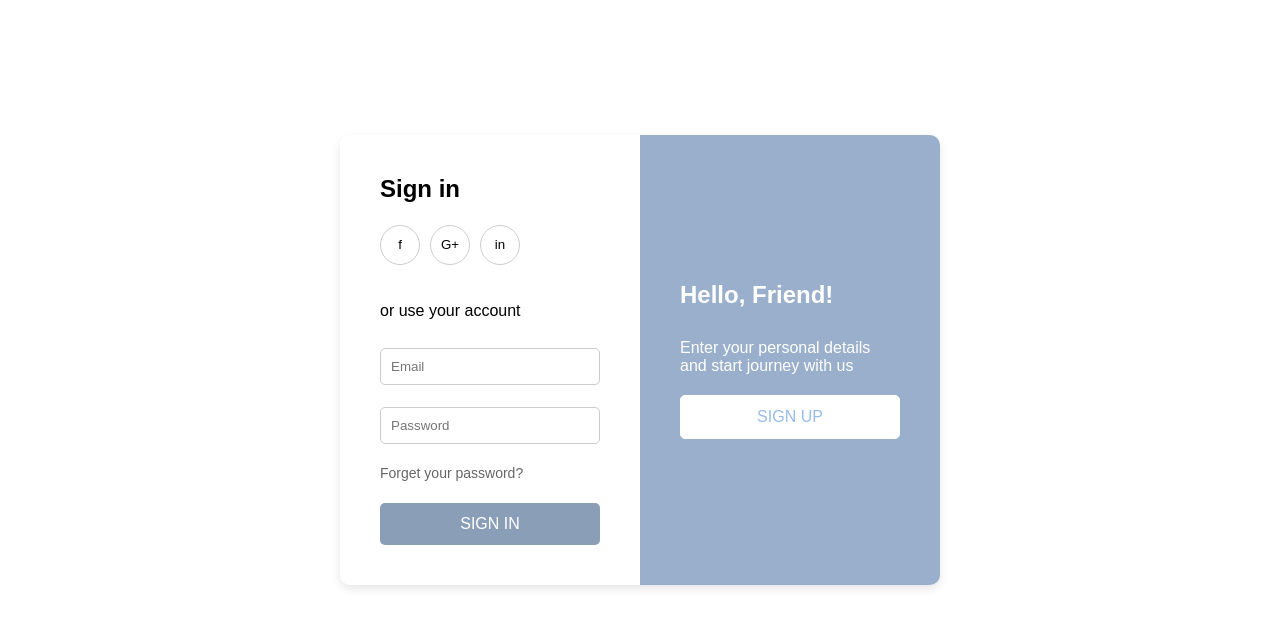
Repository: lavanya787/ml_system
Page: http://localhost/
An editor plug-in stored every save of this project. The page is shown before and after a run of saves, followed by the edit.
The browser window is 1280 px wide. The pictures show the whole page.
The page is served by the project's application, run on Flask 3 (flask_app.py).

Above is the page before, as saved 2025-06-04 11:22:33.

### templates/index.html
<!DOCTYPE html>
<html lang="en">
<head>
    <meta charset="UTF-8">
    <meta name="viewport" content="width=device-width, initial-scale=1.0">
    <title>🤖Chatbot</title>
    <link rel="stylesheet" href="{{ url_for('static', filename='style.css') }}">
</head>
<body>
    <!-- Notification div -->
    <div id="notification" class="notification" style="display: none;">
        <span id="notification-message"></span>
    </div>

    <div class="container" id="login-container">
        <div class="form-section">
            <h2>Sign in</h2>
            <div class="social-buttons">
                <button>f</button>
                <button>G+</button>
                <button>in</button>
            </div>
            <p>or use your account</p>
            <input type="email" id="login-email" placeholder="Email" required>
            <input type="password" id="login-password" placeholder="Password" required>
            <a href="#" class="forgot-password">Forget your password?</a>
            <button class="action-button" onclick="handleLogin()">SIGN IN</button>
        </div>
        <div class="welcome-section" id="signup-section">
            <h2>Hello, Friend!</h2>
            <p>Enter your personal details and start journey with us</p>
            <button class="action-button" onclick="showRegister()">SIGN UP</button>
        </div>
    </div>

    <div class="container" id="register-container" style="display: none;">
        <div class="welcome-section">
            <h2>Welcome Back!</h2>
            <p>To keep connected with us please login with your personal info</p>
            <button class="action-button" onclick="showLogin()">SIGN IN</button>
        </div>
        <div class="form-section">
            <h2>Create Account</h2>
            <div class="social-buttons">
                <button>f</button>
                <button>G+</button>
                <button>in</button>
            </div>
            <p>or use your email for registration</p>
            <input type="text" id="register-username" placeholder="Name" required>
            <input type="email" id="register-email" placeholder="Email" required>
            <input type="password" id="register-password" placeholder="Password" required>
            <button class="action-button" onclick="handleRegister()">SIGN UP</button>
        </div>
    </div>

    <script src="{{ url_for('static', filename='script.js') }}"></script>
</body>
</html>

### flask_app.py
from flask import Flask, request, jsonify, render_template, redirect, url_for
from flask_cors import CORS
from supabase import create_client, Client
import bcrypt
import uuid
from datetime import datetime
import re

app = Flask(__name__)
CORS(app)

# Supabase setup
SUPABASE_URL = "https://uctyxchurvievzvhthru.supabase.co"
SUPABASE_KEY = "eyJhbGciOiJIUzI1NiIsInR5cCI6IkpXVCJ9.eyJpc3MiOiJzdXBhYmFzZSIsInJlZiI6InVjdHl4Y2h1cnZpZXZ6dmh0aHJ1Iiwicm9sZSI6ImFub24iLCJpYXQiOjE3NDU0ODk0MDIsImV4cCI6MjA2MTA2NTQwMn0.YytXX-q4QDO_vY9f1e_P-UWc6v6860kcsbe_bTZVgCI"
supabase: Client = create_client(SUPABASE_URL, SUPABASE_KEY)

# Function to validate UUID
def is_valid_uuid(val):
    uuid_pattern = re.compile(
        r'^[0-9a-fA-F]{8}-[0-9a-fA-F]{4}-[0-9a-fA-F]{4}-[0-9a-fA-F]{4}-[0-9a-fA-F]{12}$'
    )
    return bool(uuid_pattern.match(val))

# Serve the main page
@app.route('/')
def index():
    return render_template('index.html')

@app.route('/api/register', methods=['POST'])
def register():
    data = request.get_json()
    username = data.get('username')
    email = data.get('email')
    password = data.get('password')

    # Check if user already exists
    user = supabase.table('users').select('*').eq('email', email).execute()
    print(f"Checking if user exists with email {email}: {user.data}")  # Debug log
    if user.data:
        return jsonify({'message': 'User already exists'}), 400

    # Hash password
    hashed_password = bcrypt.hashpw(password.encode('utf-8'), bcrypt.gensalt()).decode('utf-8')

    # Generate unique user ID
    user_id = str(uuid.uuid4())
    print(f"Generated user_id for registration: {user_id}")  # Debug log
    if not is_valid_uuid(user_id):
        print(f"ERROR: Generated user_id is not a valid UUID: {user_id}")
        return jsonify({'message': 'Internal server error: Invalid user_id generated'}), 500

    # Store user in Supabase
    registration_time = datetime.utcnow().isoformat()
    new_user = {
        'user_id': user_id,
        'username': username,
        'email': email,
        'password': hashed_password,
        'registration_time': registration_time
    }
    print(f"Storing user in Supabase: {new_user}")  # Debug log
    try:
        supabase.table('users').insert(new_user).execute()
    except Exception as e:
        print(f"Error inserting user into Supabase: {e}")
        return jsonify({'message': 'Error storing user in database'}), 500

    # Redirect to Streamlit app with user_id as a query parameter
    streamlit_url = f"http://localhost:8501/?user_id={user_id}"
    print(f"Redirecting to Streamlit app after registration: {streamlit_url}")  # Debug log
    return jsonify({'message': 'Registration successful', 'redirect': streamlit_url}), 200

@app.route('/api/login', methods=['POST'])
def login():
    data = request.get_json()
    email = data.get('email')
    password = data.get('password')

    # Fetch user from Supabase
    user = supabase.table('users').select('*').eq('email', email).execute()
    print(f"Supabase response for user lookup: {user.data}")  # Debug log
    if not user.data:
        return jsonify({'message': 'User not found'}), 404

    user_data = user.data[0]
    # Verify password
    if not bcrypt.checkpw(password.encode('utf-8'), user_data['password'].encode('utf-8')):
        return jsonify({'message': 'Incorrect password'}), 401

    # Update last login time
    login_time = datetime.utcnow().isoformat()
    try:
        supabase.table('users').update({'last_login': login_time}).eq('email', email).execute()
    except Exception as e:
        print(f"Error updating last login time in Supabase: {e}")
        return jsonify({'message': 'Error updating login time'}), 500

    # Redirect to Streamlit app with user_id as a query parameter
    user_id = user_data['user_id']
    print(f"Retrieved user_id for login: {user_id}")  # Debug log
    if not is_valid_uuid(user_id):
        print(f"ERROR: Retrieved user_id is not a valid UUID: {user_id}")
        return jsonify({'message': 'Internal server error: Invalid user_id retrieved'}), 500

    streamlit_url = f"http://localhost:8501/?user_id={user_id}"
    print(f"Redirecting to Streamlit app after login: {streamlit_url}")  # Debug log
    return jsonify({'message': 'Login successful', 'redirect': streamlit_url}), 200

if __name__ == '__main__':
    app.run(host='0.0.0.0', port=5000, debug=True)

### static/style.css
body {
    font-family: Arial, sans-serif;
    display: flex;
    justify-content: center;
    align-items: center;
    height: 100vh;
    margin: 0;
    background-color: white; /* Subtle gray */
    position: relative;
}

/* Notification styling */
.notification {
    position: fixed;
    top: 20px;
    left: 50%;
    transform: translateX(-50%);
    background: linear-gradient(to right, #8da0b9, #56CCF2); /* Blue gradient */
    color: white;
    padding: 15px 30px;
    border-radius: 10px;
    box-shadow: 0 4px 10px rgba(0, 0, 0, 0.2);
    display: flex;
    align-items: center;
    font-size: 16px;
    z-index: 1000;
}

.notification::before {
    content: "✔";
    margin-right: 10px;
    font-size: 20px;
}

.container {
    display: flex;
    width: 600px;
    height: 450px;
    background: white;
    border-radius: 10px;
    box-shadow: 0 4px 10px rgba(0, 0, 0, 0.1);
    overflow: hidden;
}

.form-section, .welcome-section {
    width: 50%;
    padding: 40px;
    box-sizing: border-box;
}

.form-section {
    background: white;
    display: flex;
    flex-direction: column;
    justify-content: space-between;
}

.welcome-section {
    background: #99afcb; /* Professional Blue */
    color: white;
    display: flex;
    flex-direction: column;
    justify-content: center;
}

h2 {
    margin: 0 0 20px;
    font-size: 24px;
}

.social-buttons {
    display: flex;
    gap: 10px;
    margin-bottom: 20px;
}

.social-buttons button {
    width: 40px;
    height: 40px;
    border-radius: 50%;
    border: 1px solid #ccc;
    background: white;
    cursor: pointer;
}

input {
    width: 100%;
    padding: 10px;
    margin: 10px 0;
    border: 1px solid #ccc;
    border-radius: 5px;
    box-sizing: border-box;
}

.forgot-password {
    display: block;
    margin: 10px 0;
    color: #666;
    text-decoration: none;
    font-size: 14px;
}

.action-button {
    width: 100%;
    padding: 12px;
    border: none;
    border-radius: 5px;
    background: #8b9eb7; /* Button Blue */
    color: white;
    font-size: 16px;
    cursor: pointer;
    margin-top: 10px;
}

.welcome-section button {
    background: white;
    color: #98bcea;
    border: 1px solid #fff;
    padding: 12px;
    font-size: 16px;
    border-radius: 5px;
    cursor: pointer;
    transition: background 0.3s, color 0.3s;
}

.welcome-section button:hover {
    background: #f0f2f5;
    color: #8aa3c4;
}

.welcome-section p {
    margin: 10px 0;
}

### static/script.js
function showRegister() {
    document.getElementById('login-container').style.display = 'none';
    document.getElementById('register-container').style.display = 'flex';
}

function showLogin() {
    document.getElementById('register-container').style.display = 'none';
    document.getElementById('login-container').style.display = 'flex';
}

// Function to show notification
function showNotification(message, callback) {
    const notification = document.getElementById('notification');
    const notificationMessage = document.getElementById('notification-message');
    notificationMessage.textContent = message;
    notification.style.display = 'flex';
    // Hide after 2 seconds and call the callback
    setTimeout(() => {
        notification.style.display = 'none';
        if (callback) callback(); // Execute callback after notification hides
    }, 2000);
}

async function handleRegister() {
    const username = document.getElementById('register-username').value;
    const email = document.getElementById('register-email').value;
    const password = document.getElementById('register-password').value;

    try {
        const response = await fetch('/api/register', {
            method: 'POST',
            headers: { 'Content-Type': 'application/json' },
            body: JSON.stringify({ username, email, password })
        });
        const result = await response.json();

        if (response.ok) {
            console.log('Registration successful, redirect URL:', result.redirect); // Debug log
            showNotification('Welcome! Your registration was successful. Let\'s get started.', () => {
                console.log('Redirecting to:', result.redirect); // Debug log
                window.location.href = result.redirect;  // Redirect to Streamlit app
            });
        } else {
            console.error('Registration failed:', result.message); // Debug log
            showNotification(result.message); // Show error message (e.g., "User already exists")
        }
    } catch (error) {
        console.error('Error during registration:', error); // Debug log
        showNotification('Error during registration');
    }
}

async function handleLogin() {
    const email = document.getElementById('login-email').value;
    const password = document.getElementById('login-password').value;

    try {
        const response = await fetch('/api/login', {
            method: 'POST',
            headers: { 'Content-Type': 'application/json' },
            body: JSON.stringify({ email, password })
        });
        const result = await response.json();

        if (response.ok) {
            console.log('Login successful, redirect URL:', result.redirect); // Debug log
            showNotification('Welcome! You have successfully logged in.', () => {
                console.log('Redirecting to:', result.redirect); // Debug log
                window.location.href = result.redirect;  // Redirect to Streamlit app
            });
        } else {
            console.error('Login failed:', result.message); // Debug log
            showNotification(result.message); // Show error message (e.g., "Incorrect password")
        }
    } catch (error) {
        console.error('Error during login:', error); // Debug log
        showNotification('Error during login');
    }
}

After the next 10 saves:
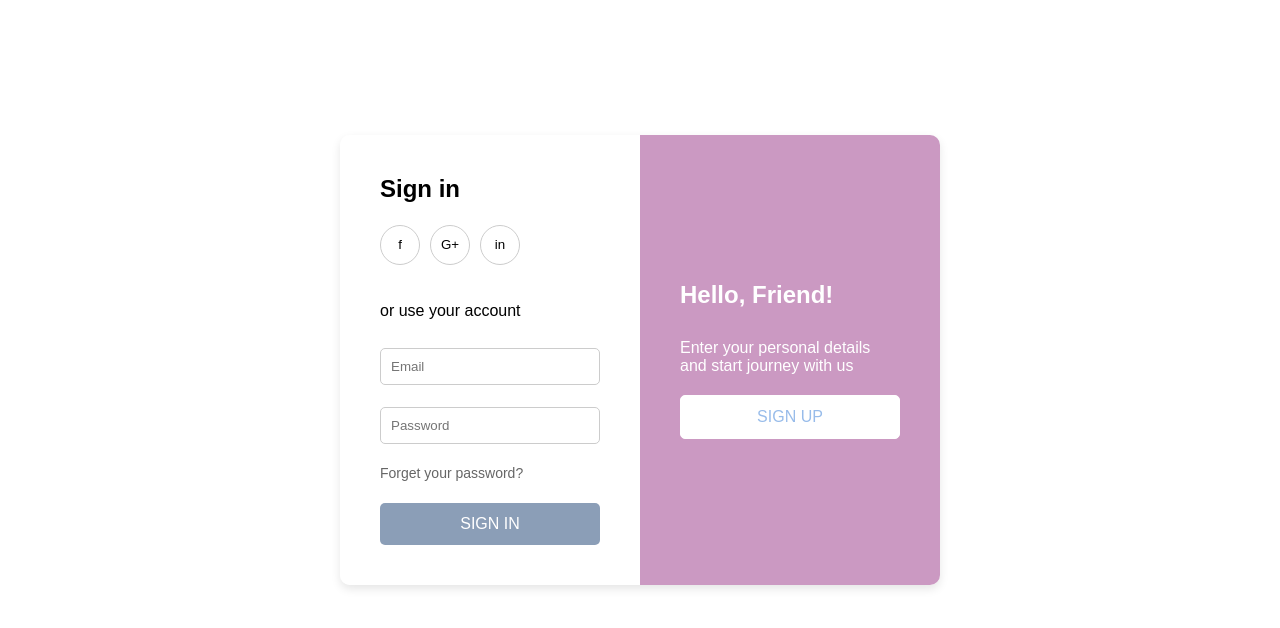
The 10 saves are shown as one change because they came seconds apart.
The last was saved 45 s later.
--- a/static/style.css
+++ b/static/style.css
@@ -56,7 +56,7 @@ body {
 }
 
 .welcome-section {
-    background: #99afcb; /* Professional Blue */
+    background: #cb99c2; /* Professional Blue */
     color: white;
     display: flex;
     flex-direction: column;
